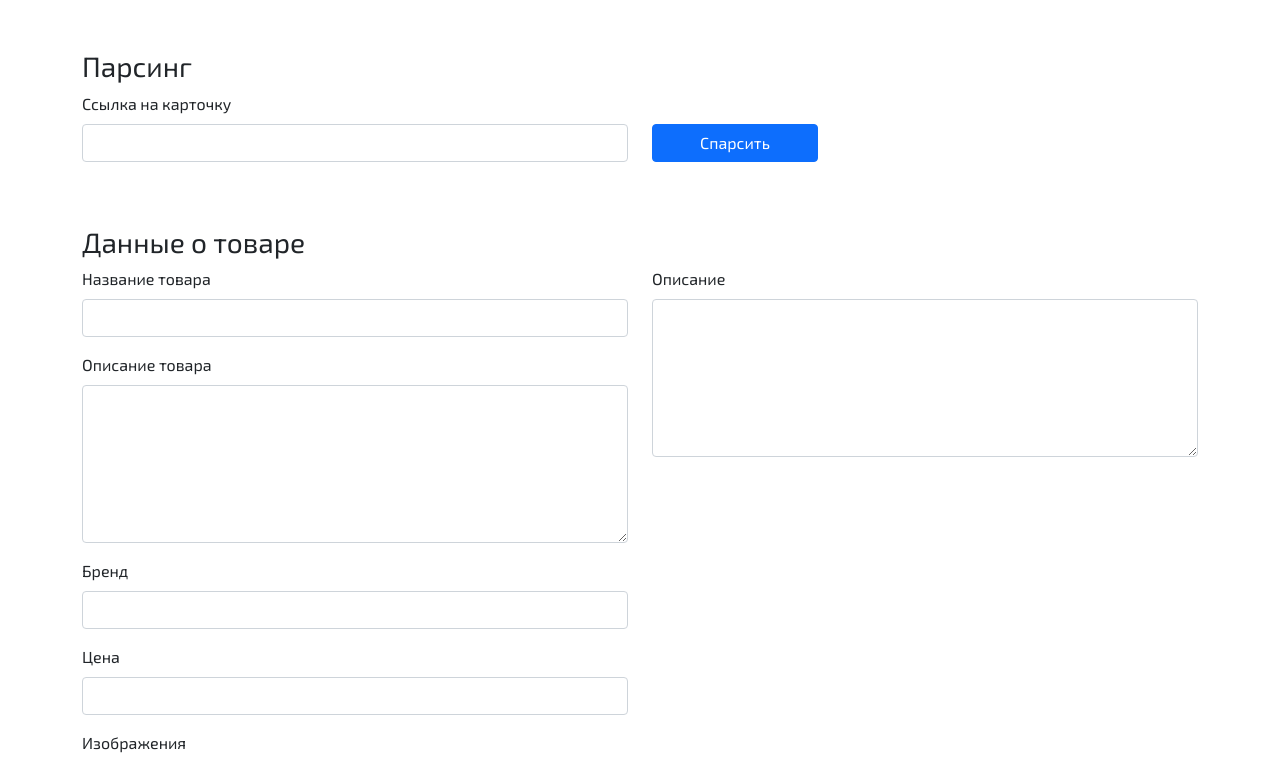
Repository: yozuul/wildberries-product-card-parser-api-exchange
Page: public/index.html
The author's editor kept a copy of each file at every save. The page is drawn from the files as they stood at one save, then again after the next save.
The browser window is 1280 px wide. The pictures show the whole page.

Above is the page before, as saved 2021-08-18 20:11:30.

### public/index.html
<!DOCTYPE html>
<html lang="en">

<head>
   <meta charset="UTF-8">
   <meta http-equiv="X-UA-Compatible" content="IE=edge">
   <meta name="viewport" content="width=device-width, initial-scale=1.0">
   <title>Document</title>
   <link rel="preconnect" href="https://fonts.googleapis.com">
   <link rel="preconnect" href="https://fonts.gstatic.com" crossorigin>
   <link href="https://fonts.googleapis.com/css2?family=Exo+2:wght@300&display=swap" rel="stylesheet">
   <link href="https://cdn.jsdelivr.net/npm/bootstrap@5.1.0/dist/css/bootstrap.min.css" rel="stylesheet"
      integrity="sha384-KyZXEAg3QhqLMpG8r+8fhAXLRk2vvoC2f3B09zVXn8CA5QIVfZOJ3BCsw2P0p/We" crossorigin="anonymous">
   <link rel="stylesheet" href="style.css">
</head>

<body>
   <div class="container">
      <form class="row parser_form_wrapper align-items-end">
         <div class="mb-3 col-6">
            <h3>Парсинг</h3>
            <label for="cardProductURL" class="form-label">Ссылка на карточку</label>
            <input type="text" class="form-control" id="cardProductURL">
         </div>
         <div class="col-2 mb-3">
            <button type="submit" class="btn btn-primary col-12">Спарсить</button>
         </div>
      </form>
   </div>
   <form class="container mt-5">
      <div class="row">
         <h3 class="col-12">Данные о товаре</h3>
         <div class="col">
            <div class="mb-3">
               <label for="productName" class="form-label">Название товара</label>
               <input type="text" class="form-control" id="productName">
            </div>
            <div class="mb-3">
               <label for="productDesc" class="form-label">Описание товара</label>
               <textarea type="text" class="form-control" id="productDesc" rows="6"></textarea>
            </div>
            <div class="mb-3">
               <label for="productBrand" class="form-label">Бренд</label>
               <input type="text" class="form-control" id="productBrand">
            </div>
            <div class="mb-3">
               <label for="productPrice" class="form-label">Цена</label>
               <input type="text" class="form-control" id="productPrice">
            </div>
            <div class="mb-3">
               <label for="productImages" class="form-label">Изображения</label>
               <!-- <input type="text" class="form-control" id="productImages"> -->
            </div>
         </div>
         <div class="col">
            <label for="productName" class="form-label">Описание</label>
            <textarea type="text" class="form-control" id="productDesc" rows="6"></textarea>
         </div>
      </div>
   </form>
   <script src="index.js"></script>
</body>
</html>

### public/style.css
@import url('https://fonts.googleapis.com/css2?family=Exo+2&display=swap');

* {
   font-family: 'Exo 2', sans-serif;
}

body {
   padding: 0;
   margin: 0;
}

.parser_form_wrapper {
   margin-top: 50px;
}
/* .productFormWrapper, .parseFormWrapper {
   max-width: 1200px;
   margin: auto;
   padding-top: 25px;
   padding-bottom: 25px;
}
.parseFormWrapper {
   border-bottom: 1px dotted #9999;
}
.productFormWrapper {
   display: flex;
}
.productFormWrapperLeft {
   margin-right: 50px;
}
.parseForm {
   display: flex;
   flex-wrap: wrap;
   max-width: 550px;
}
.parseForm input {
   width: 550px;
   margin-bottom: 20px;
}
.productForm {
}
.productForm input, .productForm textarea {
   width: 550px;
}
.productForm textarea {
   height: 100px;
   resize: none;
}
.parseFormWrapper p, .productFormWrapper p {
   margin-bottom: 8px;
   margin-top: 0;
}
.inputWrapper {
   margin-bottom: 15px;
} */

Loaded but not shown: index.js (no copy from this time; the picture is the same without it)

After the next save:
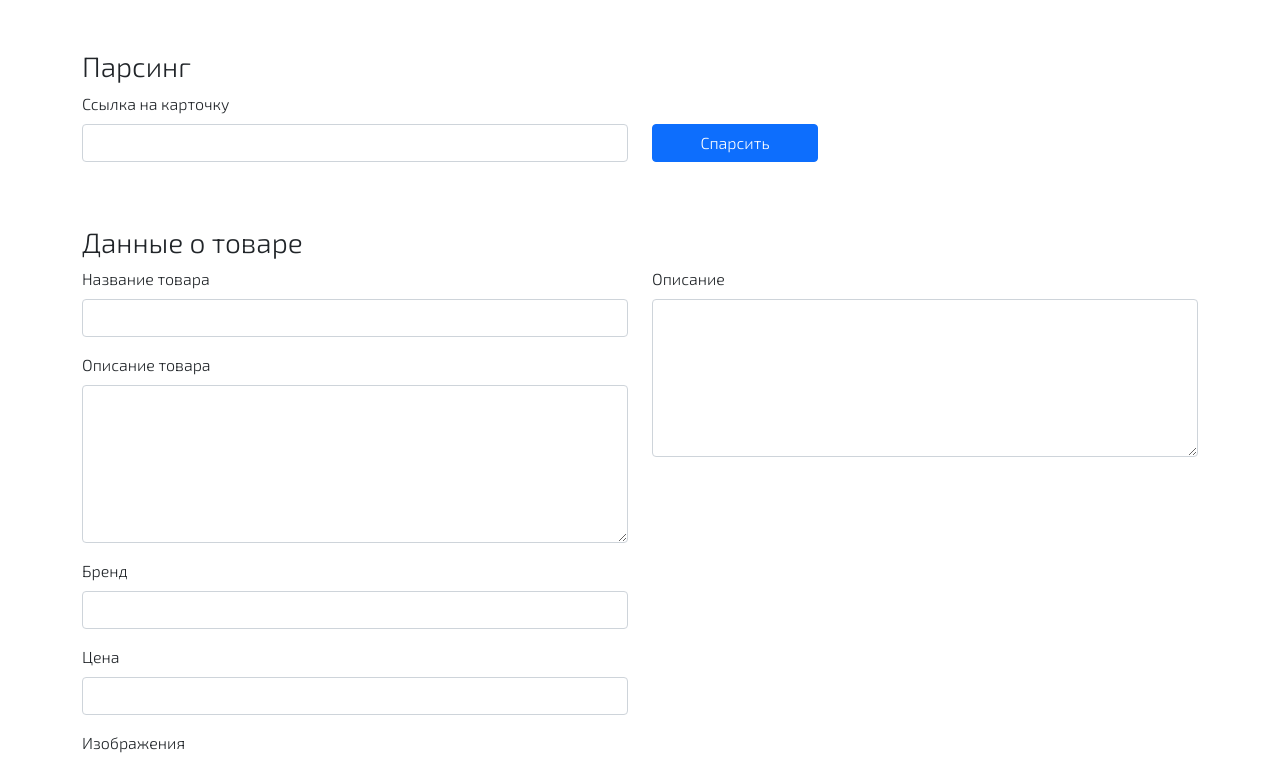
Saved 1 s later.
--- a/public/style.css
+++ b/public/style.css
@@ -1,4 +1,3 @@
-@import url('https://fonts.googleapis.com/css2?family=Exo+2&display=swap');
 
 * {
    font-family: 'Exo 2', sans-serif;
